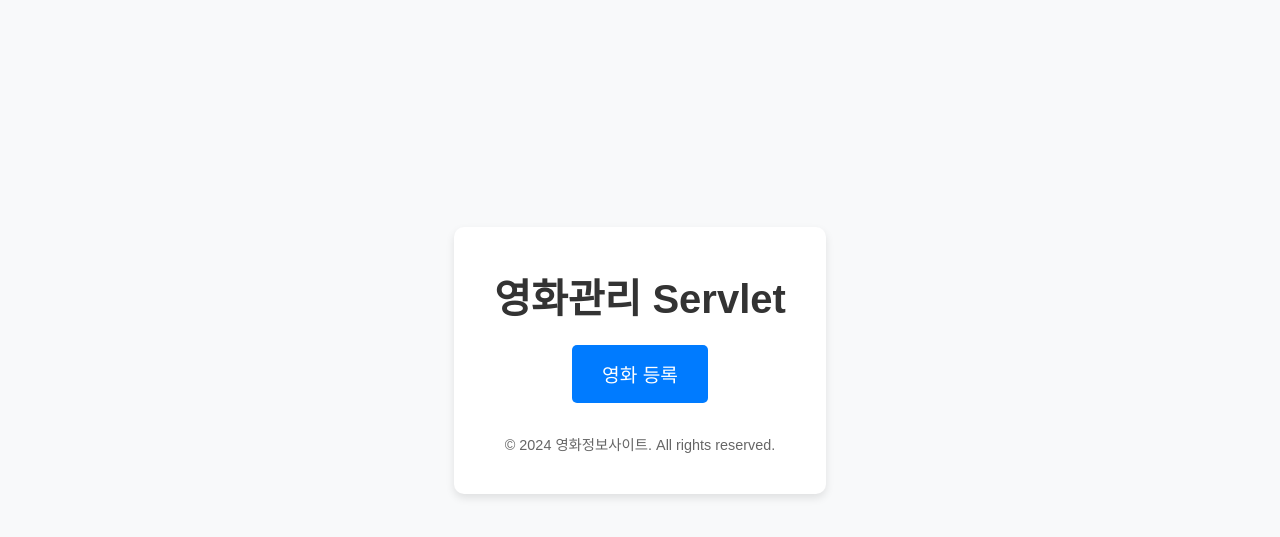
Repository: s00ngle/SSAFY-BE
Page: back_db_ws_01_2/src/main/webapp/index.html
An editor plug-in stored every save of this project. The page is shown before and after the next save, followed by the edit.
The browser window is 1280 px wide. The pictures show the whole page.

Above is the page before, as saved 2024-09-24 04:31:40.

After the next save:
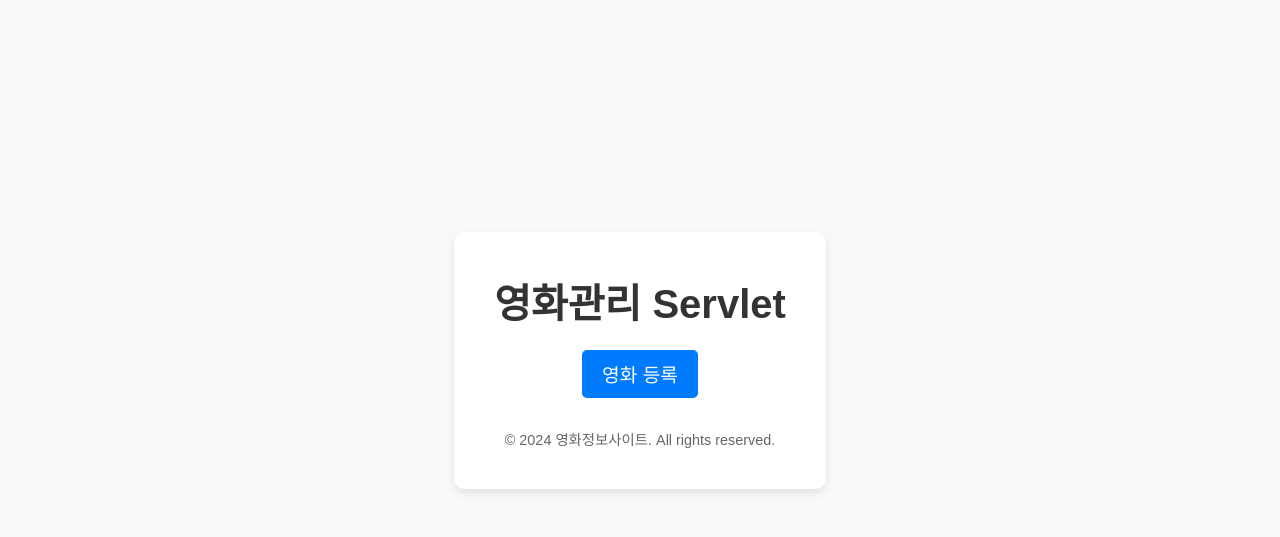
Saved 27 s later.
--- a/back_db_ws_01_2/src/main/webapp/index.html
+++ b/back_db_ws_01_2/src/main/webapp/index.html
@@ -33,7 +33,7 @@
         a {
             display: inline-block;
             text-decoration: none;
-            padding: 15px 30px;
+            padding: 10px 20px;
             background-color: #007BFF;
             color: #fff;
             border-radius: 5px;
